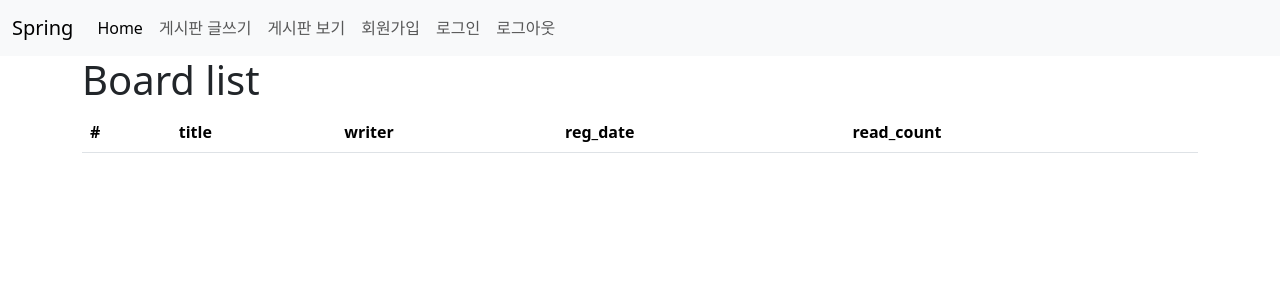
Repository: kimnoanoa/springTest240430
Page: http://localhost/spring_study/WEB-INF/views/board/list.jsp
These files come from the project's save history. The page is drawn as it stood at one moment and after the next save; the edit follows.
The browser window is 1280 px wide. The pictures show the whole page.
The page is served by Tomcat 9. Nobody is signed in. The template is opened directly, without the code that normally fills it, so the values that code supplies are empty.

Above is the page before, as saved 2024-04-24 08:01:31.

After the next save:
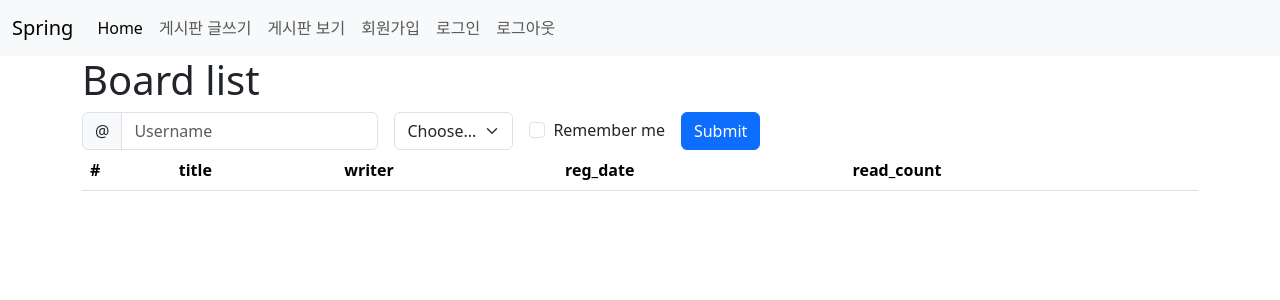
Saved 8 min 25 s later.
--- a/spring_study/src/main/webapp/WEB-INF/views/board/list.jsp
+++ b/spring_study/src/main/webapp/WEB-INF/views/board/list.jsp
@@ -5,6 +5,39 @@
 <jsp:include page="../layout/header.jsp"></jsp:include>
 <div class="container-md">
 	<h1>Board list</h1>
+	<!-- 검색 -->
+	<form class="row row-cols-lg-auto g-3 align-items-center">
+  <div class="col-12">
+    <label class="visually-hidden" for="inlineFormInputGroupUsername">Username</label>
+    <div class="input-group">
+      <div class="input-group-text">@</div>
+      <input type="text" class="form-control" id="inlineFormInputGroupUsername" placeholder="Username">
+    </div>
+  </div>
+
+  <div class="col-12">
+    <label class="visually-hidden" for="inlineFormSelectPref">Preference</label>
+    <select class="form-select" id="inlineFormSelectPref">
+      <option selected>Choose...</option>
+      <option value="1">One</option>
+      <option value="2">Two</option>
+      <option value="3">Three</option>
+    </select>
+  </div>
+
+  <div class="col-12">
+    <div class="form-check">
+      <input class="form-check-input" type="checkbox" id="inlineFormCheck">
+      <label class="form-check-label" for="inlineFormCheck">
+        Remember me
+      </label>
+    </div>
+  </div>
+
+  <div class="col-12">
+    <button type="submit" class="btn btn-primary">Submit</button>
+  </div>
+</form>
 	<table class="table table-hover">
 		<thead>
 			<tr>
@@ -27,5 +60,7 @@
 			</c:forEach>
 		</tbody>
 	</table>
+
+	<!-- 페이지네이션 -->
 </div>
 <jsp:include page="../layout/footer.jsp"></jsp:include>
